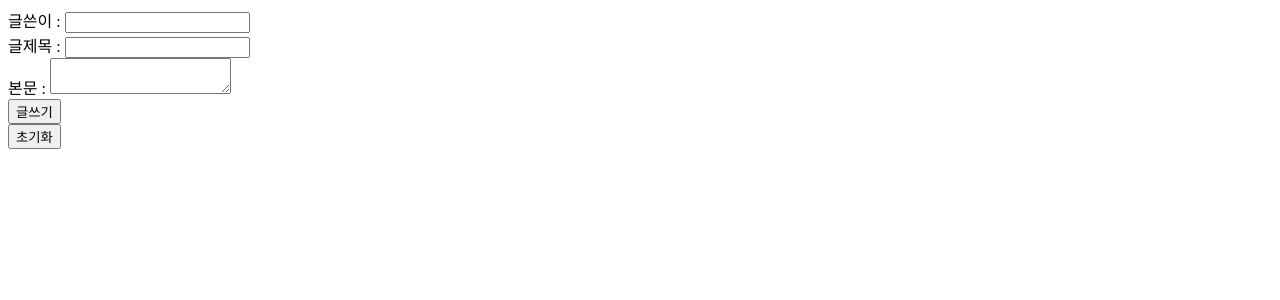
Repository: HeeMang28/jsp2
Page: http://localhost/MyFirstWeb/board/boardInsertForm.jsp
These files come from the project's save history. The page is drawn as it stood at one moment and after the next save; the edit follows.
The browser window is 1280 px wide. The pictures show the whole page.
The page is served by Tomcat 9.

Above is the page before, as saved 2022-04-19 10:23:36.

After the next save:
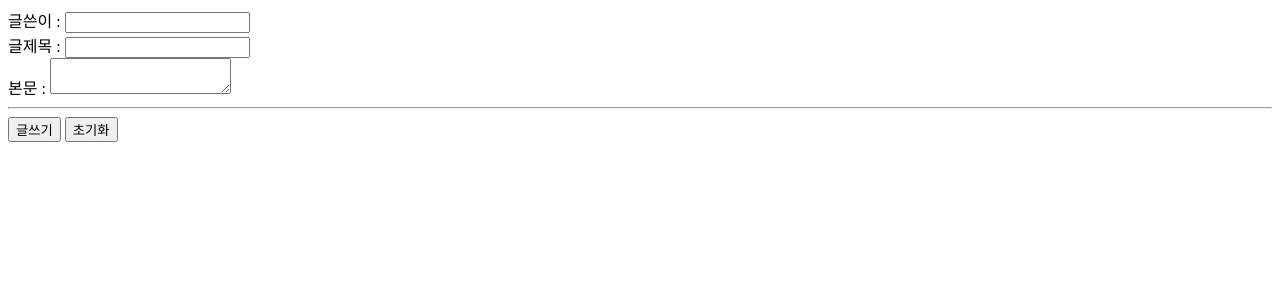
Saved 20 s later.
--- a/MyFirstWeb/src/main/webapp/board/boardInsertForm.jsp
+++ b/MyFirstWeb/src/main/webapp/board/boardInsertForm.jsp
@@ -11,8 +11,9 @@
 	글쓴이 : <input type="text" name="writer"/> <br/>
 	글제목 : <input type="text" name="title"/> <br/>
 	본문 : <textarea name="content"/></textarea> <br/>
-	<input type="submit" value="글쓰기"/> <br/>
-	<input type="reset" value="초기화"><br/>
+	<hr/>
+	<input type="submit" value="글쓰기"/>
+	<input type="reset" value="초기화">
 	</form>
 </body>
 </html>
